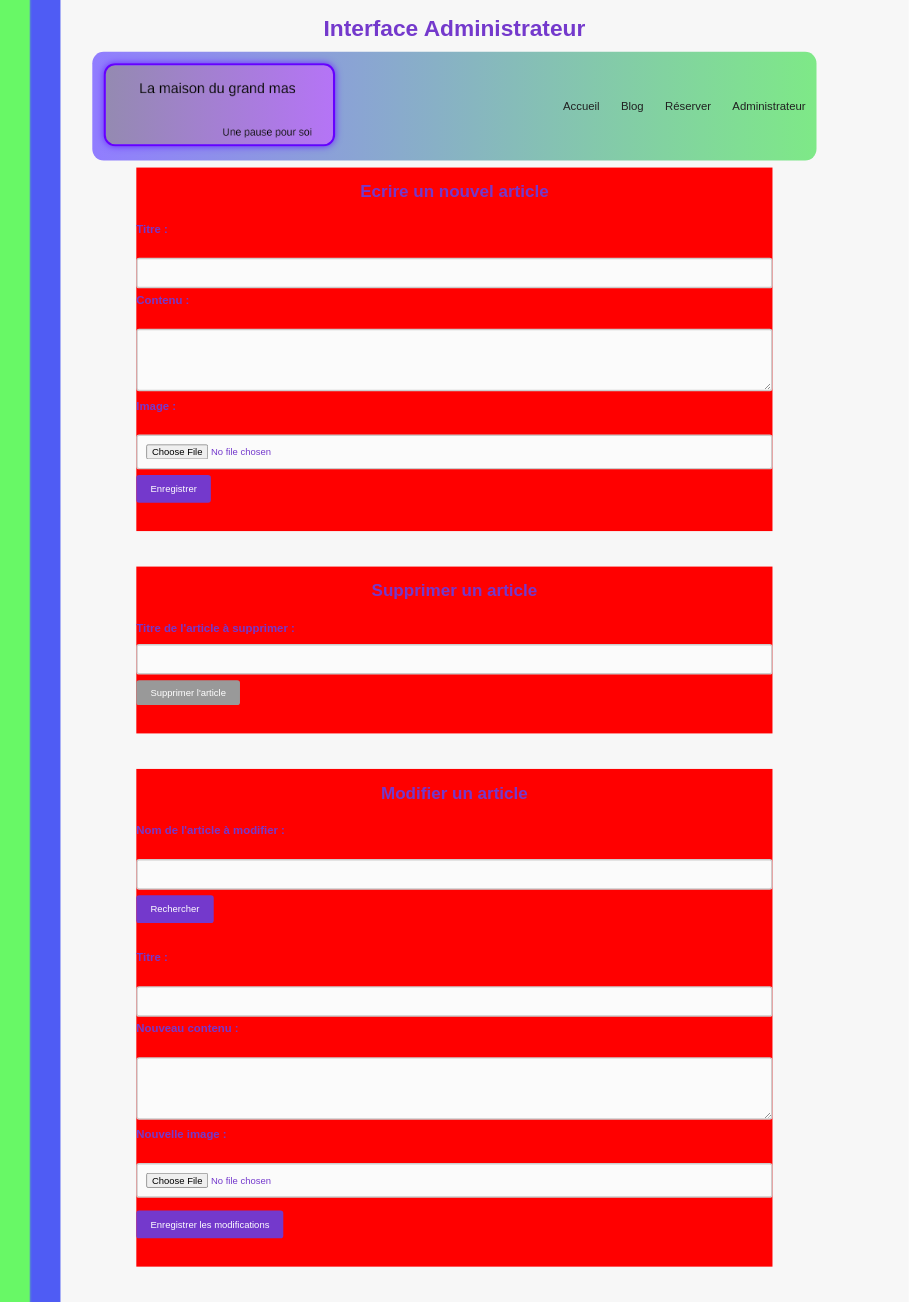
Repository: Crosnierpaul/Les_Rangers_de_Pouvoir
Page: http://localhost/adminBlog
An editor plug-in stored every save of this project. The page is shown before and after a run of saves, followed by the edit.
The browser window is 1280 px wide. The pictures show the whole page, at 71% of full size.
Backgrounds fixed to the window are drawn as part of the page. The page is served by the project's Node server (site/server.js). Other server files are loaded and not shown.

Above is the page before, as saved 2024-05-07 16:49:26.

### site/public/views/blogAdmin.ejs
<!DOCTYPE html>
<html lang="fr">
<head>
    <meta charset="UTF-8">
    <meta name="viewport" content="width=device-width, initial-scale=1.0">
    <title>Interface Administrateur</title>
    <link rel="stylesheet" href="/css/style.css">
    <link rel="stylesheet" href="/css/blogAdmin.css">
    <!-- Utilisation du chemin absolu pour le fichier CSS -->
</head>
<body>
        <h1>Interface Administrateur</h1>
        <%- include('navbarAdmin') %>

    <section>
        <h2>Ecrire un nouvel article</h2>
        <form id="articleForm">
            <label for="title">Titre :</label><br>
            <input type="text" id="title" name="title" required><br>
            <label for="content">Contenu :</label><br>
            <textarea id="content" name="content" rows="4" cols="50" required></textarea><br>
            <label for="image">Image :</label><br>
            <input type="file" id="image" name="image"><br>
            <input type="submit" value="Enregistrer">
        </form>
    </section>

    <section>
        <h2>Supprimer un article</h2>
         <form id="deleteArticleForm">
            <label for="articleTitleToDelete">Titre de l'article à supprimer :</label>
            <input type="text" id="articleTitleToDelete" name="articleTitleToDelete">
            <button type="submit">Supprimer l'article</button>
        </form>
    </section>

    <section >
        <h2>Modifier un article</h2>
        <form id="searchArticleForm">
            <label for="searchTitle">Nom de l'article à modifier :</label><br>
            <input type="text" id="searchTitle" name="searchTitle" required><br>
            <input type="submit" value="Rechercher">
        </form>

        <form id="editArticleForm">
            <label for="editTitle">Titre :</label><br>
            <input type="text" id="editTitle" name="editTitle" readonly required><br>
            <label for="editContent">Nouveau contenu :</label><br>
            <textarea id="editContent" name="editContent" rows="4" cols="50" required></textarea><br>
            <label for="editImage">Nouvelle image :</label><br>
            <input type="file" id="editImage" name="editImage"><br>
            <input type="submit" value="Enregistrer les modifications" id="saveChanges">
        </form>
    </section>

    <script src="/js/blogAdmin.js"></script> <!-- Utilisation du chemin absolu pour le fichier JavaScript -->
</body>
</html>

### site/public/views/navbarAdmin.ejs
<!DOCTYPE html>
<html lang="fr">
<head>
    <meta charset="UTF-8">
    <meta name="viewport" content="width=device-width, initial-scale=1.0">
    <title>Navbar</title>
    <link href="/css/navbar.css" rel="stylesheet">
</head>
<body>
    <header>
        <nav class="navbar navbar-expand-md navbar-light">
            <div class="container">
                <!-- Ajouter le bouton de bascule pour les petits écrans
                <button class="navbar-toggler" type="button" data-toggle="collapse" data-target="#navbarSupportedContent" aria-controls="navbarSupportedContent" aria-expanded="false" aria-label="Toggle navigation">
                    <span class="navbar-toggler-icon"></span>
                </button> -->
                <div class="collapse navbar-collapse justify-content-center" id="navbarSupportedContent">
                    <ul class="navbar-nav d-flex justify-content-start">
                        <li id="liLogo">
                            <img id="logo" src="/images/logo.png"/>
                        </li>
                        <li class="nav-item">
                            <a class="nav-link" href="/">Accueil</a>
                        </li>
                        <li class="nav-item">
                            <a class="nav-link" href="/blog">Blog</a>
                        </li>
                        <li class="nav-item">
                            <a class="nav-link" href="/entretien">Réserver</a>
                        </li>
                        <li class="nav-item">
                            <a class="nav-link" href="/admin">Administrateur</a>
                        </li>
                        </ul>
                    </div>
                </div>
            </div>
        </nav>
    </header>

    <!-- Inclure jQuery (requis pour Bootstrap JavaScript)
    <script src="https://ajax.googleapis.com/ajax/libs/jquery/3.5.1/jquery.min.js"></script>
    Inclure Bootstrap JavaScript
    <script src="https://stackpath.bootstrapcdn.com/bootstrap/4.5.2/js/bootstrap.bundle.min.js"></script> -->
</body>
</html>

<script>
    // Attendez que le DOM soit chargé
    document.addEventListener("DOMContentLoaded", function() {
        // Récupérez l'URL de la page actuelle
        var currentLocation = window.location.href.substring("http://localhost:3000".length);

        // Sélectionnez tous les liens de la navbar
        var navLinks = document.querySelectorAll('.navbar-nav .nav-item');

        // Parcourez chaque lien pour vérifier s'il correspond à la page active
        navLinks.forEach(function(navItem) {
            var link = navItem.querySelector('.nav-link');
            var linkHref = link.getAttribute('href');

            // Vérifiez si l'URL de la page actuelle correspond à l'URL du lien dans la navbar
            if (currentLocation === linkHref) {
                // Ajoutez la classe 'active' à l'élément parent (li) correspondant
                navItem.classList.add('active');
            }
        });
    });
</script>

### site/server.js
const express = require('express');
const mongoose = require('mongoose');
const semainesRoutes = require('./routes/semainesRoutes');
const articleRoutes = require('./routes/articleRoutes');
const reservationsRoutes = require('./routes/reservationsRoutes');
const entretienRoutes = require('./routes/entretienRoutes');
const path = require('path');

const app = express();
const PORT = process.env.PORT || 3000;

//----------- Connect to MongoDB -----------//
mongoose.connect('mongodb://localhost:27017/siteDB', { useNewUrlParser: true, useUnifiedTopology: true })
    .then(() => {
        console.log('Connected to MongoDB');
        app.listen(PORT, () => {
            console.log(`Server is running on port ${PORT}`);
        });
    })
    .catch(err => console.error('Error connecting to MongoDB:', err));

//----------- Middleware -----------//
app.use(express.json());

app.use(express.static(path.join(__dirname, 'public')));

//----------- View engine setup -----------//
app.set('views', path.join(__dirname, 'public', 'views'));

app.set('view engine', 'ejs');

//----------- Routes -----------//
app.use('/semaines', semainesRoutes);
app.use('/reservations', reservationsRoutes);
app.use('/articles', articleRoutes);
app.use('/entretiens', entretienRoutes);

app.get('/', (req, res) => {
    res.render('index');
});

app.get('/blog', (req, res) => {
    res.render('blog');
});

app.get('/reservation', (req, res) => {
    res.render('reservation');
});

app.get('/admin', (req, res) => {
    res.render('admin');
});

app.get('/adminBlog', (req, res) => {
    res.render('blogAdmin');
});

app.get('/adminReservation', (req, res) => {
    res.render('reservationAdmin');
});

app.get('/entretien', (req, res) => {
    res.render('entretien');
});

app.get('/adminEntretien', (req, res) => {
    res.render('entretienAdmin');
});

app.get('/adminAccueil', (req, res) => {
    res.render('accueilAdmin');
});

### site/public/css/style.css

body {
    font-family: Arial, sans-serif;
    margin: 20px;
    padding: 0;
    background-image: url(../images/layered-waves-haikei.png);
    background-size: cover;
    background-repeat: no-repeat;
    background-attachment: fixed;
}

h1, h2 {
    text-align: center;
    margin-bottom: 5px;
    color: #7439cc;
}


form {
    margin-bottom: 30px;
}

label {
    display: block;
    margin-bottom: 5px;
    color: #7439cc;
}

input[type="text"],
textarea,
input[type="file"] {
    width: 100%;
    padding: 10px;
    margin-bottom: 15px;
    border: 1px solid #191919;
    border-radius: 4px;
    box-sizing: border-box;
    background-color: #fbfbfb;
    color: #7439cc;
}

input[type="submit"],
button[type="submit"] {
    display: inline-block;
    background-color: #999;
    color: #fff;
    padding: 10px 20px;
    margin-bottom: 10px;
    border: none;
    border-radius: 4px;
    cursor: pointer;
}

input[type="submit"]:hover,
button[type="submit"]:hover {
    background-color: #ccc;
    color: #333;
}

#clearArticles,
#deleteArticle {
    margin-right: 10px;
}

@media (max-width: 480px) {
    #deleteArticle,
    #deleteLastArticle {
        width: 100%;
        display: block;
        margin-right: 0;
    }
}

#articlesList {
    background-color: #333;
}

/*------------------------- CONTAINER ET INFOS INFOS ACCUEIL ---------------------------------------------*/

.bordertitle {
    border-bottom: 4px solid #e9de02;
    border-top: 4px solid #e9de02;
    box-shadow: #e9de024e -5px 5px, rgba(240, 46, 170, 0.3) -10px 10px, rgba(240, 46, 170, 0.2) -15px 15px, rgba(240, 46, 170, 0.1) -20px 20px, rgba(240, 46, 170, 0.05) -25px 25px;
}


.containerindex {
    display: flex;
    flex-direction: column;
    min-width: 40em;
    max-width: 120em;
    align-items: center;
    border-radius: 48px 10px 46px 10px;
    -webkit-border-radius: 48px 10px 46px 10px;
    -moz-border-radius: 48px 10px 46px 10px;
    background-image: url(../images/blob-scene-haikei.png);
    background-repeat: no-repeat;
    background-size: cover;
}
.row {
    display: flex;
    justify-content: center; /* Espacement égal entre les éléments */
    width: 100%;
}

.card {
    --background: linear-gradient(to left, #7439cc 0%, #1ae42b 100%);
    max-width: 100%;
    max-height: 100%;
    padding: 5px;
    border-radius: 1rem;
    overflow: visible;
    background: #f7ba2b;
    background: var(--background);
    position: relative;
    z-index: 1;
    margin: 20px;
    margin-top: 15px;
}

.card::after {
    position: absolute;
    content: "";
    top: 30px;
    left: 0;
    right: 0;
    z-index: -1;
    height: 100%;
    width: 100%;
    transform: scale(0.8);
    filter: blur(25px);
    background: #f7ba2b;
    background: var(--background);
    transition: opacity .5s;
}

.card-info {
    --color: #f4f4f4;
    background: var(--color);
    color: var(--color);
    display: flex;
    flex-direction: column; /* Affichage en colonnes */
    justify-content: center;
    align-items: center;
    width: 100%;
    height: 100%;
    overflow: visible;
    border-radius: .7rem;
}

.card .title {
    font-weight: bold;
}

/*Hover*/
.card:hover::after {
    opacity: 0;
}

.card:hover .card-info {
    color: #f7ba2b;
    transition: color 1s;
}

/* Ajouter un espace de 25px entre les deux cartes du haut */
.row:first-child .col-6 {
    margin-right: 25px;
}

/* Centrer la carte du bas */
.row:last-child {
    justify-content: center;
}

.row {
    display: flex;
    justify-content: center;
    width: 100%;
    flex-direction: row;
    flex-wrap: nowrap;
    align-content: center;
    align-items: center;
}


/*------------------------- ONEPAGE ---------------------------------------------*/

body {
    font-family: Arial, sans-serif;
    margin: 0;
    padding: 0;
    box-sizing: border-box;
    overflow-x: hidden; /* Empêche le défilement horizontal d'apparaître */
}

.navbarHori {
    position: fixed;
    top: 50%; /* Positionne la barre de navigation à 50% du haut de la fenêtre */
    transform: translateY(-50%); /* Déplace la barre de navigation vers le haut de moitié de sa propre hauteur */
    right: 10px; /* Ajoute un espace à droite pour éviter le chevauchement avec la barre de défilement */
    width: 20px; /* Largeur réduite de la barre de navigation */
    height: calc(100vh - 50vh); /* Hauteur de la barre de navigation (100% de la hauteur moins 50% de la hauteur) */
    background-color: rgb(156, 255, 164);
    display: flex;
    flex-direction: column;
    align-items: center;
    justify-content: center;
    border-radius: 15px;
    opacity: 0.2; /* Définit l'opacité initiale à 0 (invisible) */
    transition: opacity 0.3s ease; /* Ajoute une transition sur l'opacité */
}

.navbarHori:hover {
    opacity: 1; /* Rend la barre de navigation visible au survol */
}

.navbarHori a {
    text-decoration: none;
    margin-bottom: 18px; /* Réduit légèrement l'espacement entre les points */
    width: 10px; /* Largeur réduite du point */
    height: 10px; /* Hauteur réduite du point */
    border-radius: 50%; /* Pour rendre le point rond */
    background-color: #fff;
    display: flex;
    align-items: center;
    justify-content: center;
    transition: transform 0.2s ease; /* Ajoute une transition sur la propriété transform */
}

.navbarHori a:hover {
    transform: scale(0.9); /* Réduit légèrement la taille du point au survol */
}

.navbarHori a:active {
    transform: scale(0.8); /* Réduit davantage la taille du point lorsque pressé */
    /* background-color: #666; /* Change la couleur de fond du point lorsque pressé */
    opacity: 0;
}

.baniere {
    display: flex;
    flex-direction: column;
    align-items: center;
    justify-content: center;
    padding: 50px;
    margin: 1em;
    background-image: url(https://www.barnes-international.com/images/titres_personnalises/-titre-lhYBl.jpg);
    height: 60vh;
    border-radius: 1em;
}

.section {
    display: flex;
    flex-direction: column;
    align-items: center;
    padding: 50px;
    margin-top: 80px;
    /* background-image: url(https://img.freepik.com/vecteurs-premium/fond-remplissage-motif-repetition-sans-soudure_74869-1234.jpg?size=626&ext=jpg&ga=GA1.1.1413502914.1713571200&semt=ais); */
    /* --background: linear-gradient(to bottom, #ffffff 0%, #999999 100%);
    background: var(--background); */
    background-color: #eeeeee00;
    max-height: 400vh;
    min-height: 100vh;
}

.section h1 {
    text-align: center;
    margin-top: -20px;
    margin-bottom: 20px;
    color : #7439cc;
}

.section ul {
    list-style-type: none;
    padding: 0;
    margin: 0;
}

.section ul li {
    margin-right: 1em;
    margin-left: 1em;
    position: relative;
    padding-left: 20px;
    margin-bottom: 8px;
    font-size: 18px; /* Taille de texte ajustée */
    line-height: 1.6;
    color: #7439cc;
    font-family: "Arial", sans-serif; /* Changement de police */
}

/* Affiche la section correspondante lorsqu'un point est survolé */
.navbarHori a:hover::before {
    content: attr(data-section); /* Affiche le nom de la section */
    position: absolute;
    right: 180%; /* Positionne le texte à gauche de la barre de navigation */
    background-color: rgba(255, 255, 255, 0.9); /* Couleur de fond du texte */
    padding: 5px;
    border-radius: 5px;
    font-size: 14px;
    white-space: nowrap;
}

@media (max-width: 768px) { /* Ajout de la règle media query pour les tailles de vue inférieures à 768px, qui est généralement utilisée pour les tablettes et les téléphones */
    .navbarHori {
        position: fixed;
        top: 50%;
        transform: translateY(-50%); /* Déplace la barre de navigation vers le haut de moitié de sa propre hauteur */
        height: auto;
        transform: none; /* Supprime la transformation de translation */
        opacity: 1; /* Rend la barre de navigation toujours visible */
        background-color: rgb(156, 255, 164); /* Couleur de fond */
    }

    .navbarHori:hover,
    .navbarHori a:hover,
    .navbarHori a:active {
        transform: none; /* Supprime la transformation au survol ou à l'activation */
        opacity: 1; /* Rend la barre de navigation toujours visible */
    }

    .navbarHori a::before {
        display: none; /* Cache le texte de section avant le survol */
    }
}

#articlesList div {
    background-color: #f9f9f9;
    border-radius: 1em;
    margin: 1em;
    padding-top: 2vh;
    padding-bottom: 2vh;
    padding-left: 5vh;
    padding-right: 5vh;
}

#articlesList p, #articlesList h2 {
    color: #7439cc;
}

#articlesList {
    background-color: transparent;
}

### site/public/css/blogAdmin.css
body {
    display: flex;
    flex-direction: column;
    align-items: center;
}

/* Style pour le formulaire d'ajout d'article */
#articleForm {
    margin-top: 30px;
}

/* Style pour le formulaire de suppression d'article */
#deleteArticleForm {
    margin-top: 30px;
}

/* Style pour le formulaire de recherche d'article */
#searchArticleForm {
    margin-top: 30px;
}

/* Style pour le formulaire de modification d'article */
#editArticleForm {
    margin-top: 30px;
}

/* Style pour les étiquettes des formulaires */
label {
    font-weight: bold;
}
/* Styles pour les sections */
section {
    margin-bottom: 50px;
    width: 70%;

    background-color: red;
}

/* Style pour les titres des sections */
h1, h2 {
    text-align: center;
}

/* Style pour les champs de saisie et les zones de texte */
input[type="text"],
input[type="file"],
textarea {
    width: 100%;
    padding: 12px;
    margin: 8px 0;
    box-sizing: border-box;
    border: 2px solid #ccc;
    border-radius: 4px;
    outline: none;
    transition: border-color 0.3s;
}

/* Style pour les champs de saisie et les zones de texte au survol */
input[type="text"]:focus,
input[type="file"]:focus,
textarea:focus {
    border-color: #7439cc;
}

/* Style pour les boutons */
input[type="submit"],
button {
    background-color: #7439cc;
    color: white;
    padding: 12px 20px;
    border: none;
    border-radius: 4px;
    cursor: pointer;
    transition: background-color 0.3s;
}

/* Style pour les boutons au survol */
input[type="submit"]:hover,
button:hover {
    background-color: #5f2982;
}
/* Style pour les boutons de modification */
#saveChanges {
    margin-top: 10px;
}

/* Style pour les messages d'erreur */
.error {
    color: red;
    margin-top: 5px;
}

### site/public/css/navbar.css
.start-header {
	opacity: 1;
	transform: translateY(0);
	padding: 20px 0;
	box-shadow: 0 10px 30px 0 rgba(138, 155, 165, 0.15);
	-webkit-transition : all 0.3s ease-out;
	transition : all 0.3s ease-out;
}

.start-header.scroll-on {
	box-shadow: 0 5px 10px 0 rgba(138, 155, 165, 0.15);
	padding: 10px 0;
	-webkit-transition : all 0.3s ease-out;
	transition : all 0.3s ease-out;
}

.start-header.scroll-on .navbar-brand img{
	height: 24px;
	-webkit-transition : all 0.3s ease-out;
	transition : all 0.3s ease-out;
}

.navigation-wrap{
	position: fixed;
	width: 100%;
	top: 0;
	left: 0;
	z-index: 1000;
	-webkit-transition : all 0.3s ease-out;
	transition : all 0.3s ease-out;
}

.navbar {
    padding: 10px 0;
    display: flex;
    justify-content: center;
	margin-left: 1em;
  	margin-right: 1em;
}

.navbar-toggler {
	float: right;
	border: none;
	padding-right: 0;
	padding-left: 0;

}

.navbar-toggler:active,
.navbar-toggler:focus {
	outline: none;
}

.navbar-light .navbar-toggler-icon {
	width: 24px;
	height: 17px;
	background-image: none;
	position: relative;
	border-bottom: 1px solid #000;
    transition: all 300ms linear;
}

.navbar-light .navbar-toggler-icon:after,
.navbar-light .navbar-toggler-icon:before{
	width: 24px;
	position: absolute;
	height: 1px;
	background-color: #000;
	top: 0;
	left: 0;
	content: '';
	z-index: 2;
    transition: all 300ms linear;
}

.navbar-light .navbar-toggler-icon:after{
	top: 8px;
}

.navbar-toggler[aria-expanded="true"] .navbar-toggler-icon:after {
	transform: rotate(45deg);
}

.navbar-toggler[aria-expanded="true"] .navbar-toggler-icon:before {
	transform: translateY(8px) rotate(-45deg);
}

.navbar-toggler[aria-expanded="true"] .navbar-toggler-icon {
	border-color: transparent;
}

.nav-link{
	color: #212121 !important;
	font-weight: 500;
    transition: all 200ms linear;
}

.nav-item.active .nav-link{
	color: #7439cc  !important;
}

/* LIGNE SOUS LIEN APRES SOURIS DESSUS */

.nav-link {
	position: relative;
	padding: 5px 0 !important;
	display: inline-block;
}

.nav-item:after {
	position: absolute;
	bottom: -5px;
	left: 0;
	width: 100%;
	height: 2px;
	content: '';
	background-color: #7439cc ;
	opacity: 0;
    transition: all 200ms linear;
}

/* FIN LIGNE SOUS LIEN */

.nav-item:hover:after{
	bottom: 0;
	opacity: 1;
}

.nav-item.active:hover:after{
	opacity: 0;
}

.nav-item {
    position: relative;
    transition: all 200ms linear;
    padding: 1em;
    text-align: center;
}

/* .nav-item.active .nav-link {
    color: #007bff; /* Changez cette couleur pour mettre en évidence l'élément actif
} */

.navbar-brand {
    margin-right: auto;
    margin-left: auto;
}

/* Ajoutez ces styles pour supprimer les puces des éléments li */
.navbar-nav {
    display: flex;
    justify-content: center;
    align-items: center;
    padding-left: 0; /* Supprime le décalage à gauche de la liste */
}

.navbar-nav .nav-item {
    padding: 0 15px;
    list-style: none; /* Supprime les puces */
}

.navbar-nav .nav-link {
    color: #212121 !important;
    font-weight: 500;
    transition: all 200ms linear;
}

.navbar-nav .nav-item:hover .nav-link {
    color: #7439cc !important;
}

/* Modifiez les styles des liens de navigation pour ressembler à du texte normal */
.nav-link {
    color: #212121 !important;
    font-weight: 500;
    transition: all 200ms linear;
    text-decoration: none; /* Supprime le soulignement par défaut des liens */
    cursor: pointer; /* Change le curseur en pointeur au survol */
}

.container {
	--background: linear-gradient(to right, #917dff 0%, #7ee987 100%);
    margin: 0px;
	min-height: 15vh;
	min-width: 60%;
	max-width: max-content;
	background: var(--background);
	border-radius: 1em;
}

.purple {
	color: #7439cc;
}

#logo {
	width: 20em;
	border: 3.5px solid #6600ff;
	border-radius: 1em;
	margin-left:  1em;
	margin-right: 19.1em;
	--background: linear-gradient(to right, #948ab1 0%, #b574f6 100%);
	background: var(--background);
	box-shadow: 0 0 10px 0 rgb(106, 43, 255);
}

#liLogo {
    list-style: none;
}

.nav-item.active:after {
	position: absolute;
	bottom: 0;
	left: 0;
	width: 100%;
	height: 2px;
	content: '';
	background-color: #7439cc ;
	opacity: 1;
}

.rs {
	margin-left: 18em;
	display: inherit;
}

.rs .nav-item {
	margin-left: 5px;
	margin-right: 5px;
}

/* Styles pour les écrans plus petits que 768px */
@media (max-width: 1000px) {
    .navbar {
        flex-direction: column; /* Afficher les éléments de la navbar en colonne */
        align-items: center; /* Centrer les éléments */
    }

    .navbar-nav {
        flex-direction: column; /* Afficher les éléments de la navbar en colonne */
        align-items: center; /* Centrer les éléments */
    }

    .navbar-toggler {
        order: -1; /* Mettre le bouton de bascule en haut */
        margin-bottom: 10px; /* Ajouter un espace entre le bouton de bascule et les liens */
    }

    .rs {
        margin-left: 0; /* Réinitialiser la marge pour les icônes de réseaux sociaux */
        text-align: center; /* Centrer les icônes de réseaux sociaux */
    }
}

/*Styles pour les écrans plus petits que 576px */
@media (max-width: 576px) {
    .navbar-brand {
        margin: 0; /* Réinitialiser la marge pour le logo */
    }

    #logo {
        width: 98.3%; /* Faire en sorte que le logo occupe toute la largeur */
        margin: 0; /* Réinitialiser la marge */
    }

    .rs {
        display: flex; /* Afficher les icônes de réseaux sociaux en ligne */
        justify-content: center; /* Centrer les icônes de réseaux sociaux */
    }

    .rs .nav-item {
        margin: 0 5px; /* Ajouter un espacement horizontal entre les icônes de réseaux sociaux */
    }
}

.tel {
	margin-top: 5px;
}

Loaded but not shown: site/public/js/blogAdmin.js (188 lines, source omitted)

After the next 2 saves:
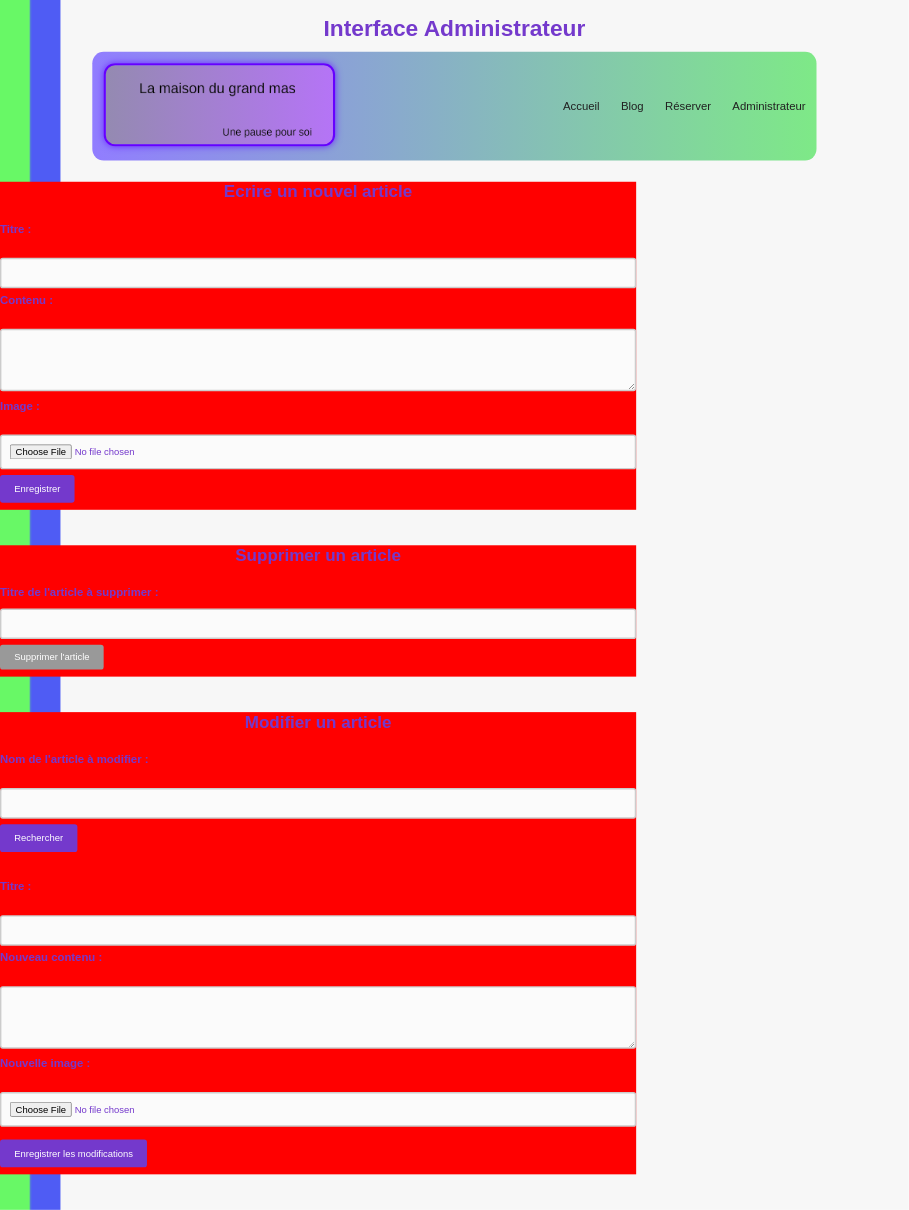
The 2 saves are shown as one change because they came seconds apart.
The last was saved 37 s later.
--- a/site/public/css/blogAdmin.css
+++ b/site/public/css/blogAdmin.css
@@ -1,8 +1,3 @@
-body {
-    display: flex;
-    flex-direction: column;
-    align-items: center;
-}
 
 /* Style pour le formulaire d'ajout d'article */
 #articleForm {
